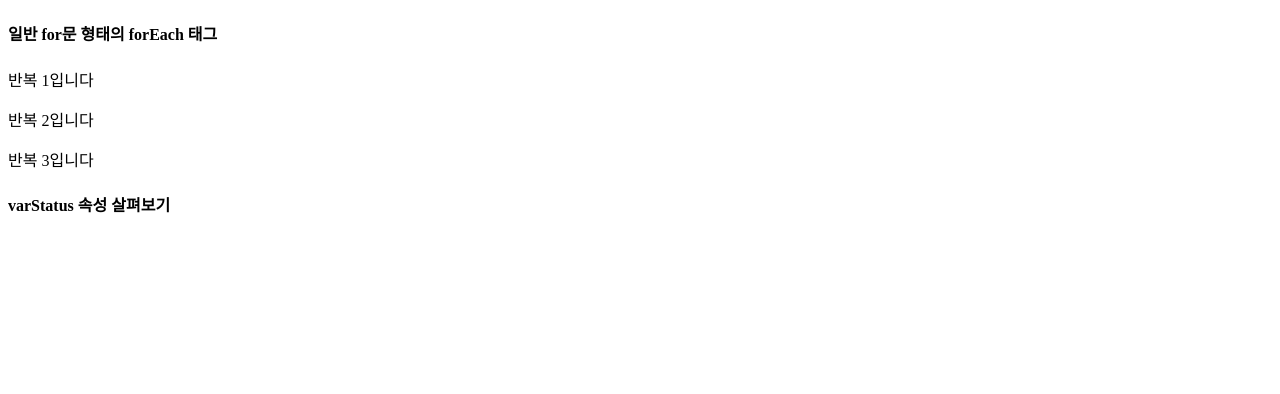
Repository: SteelIndustry/neo
Page: http://localhost/HelloWorld/11JSTL/core/ForEachNormal.jsp
An editor plug-in stored every save of this project. The page is shown before and after the next save, followed by the edit.
The browser window is 1280 px wide. The pictures show the whole page.
The page is served by Tomcat 9. Other server files are loaded and not shown.

Above is the page before, as saved 2022-09-09 10:33:58.

### WebJSP/HelloWorld/WebContent/11JSTL/core/ForEachNormal.jsp
<%@ page language="java" contentType="text/html; charset=UTF-8"
    pageEncoding="UTF-8"
    trimDirectiveWhitespaces="true"%>
<%@ taglib prefix="c" uri="http://java.sun.com/jsp/jstl/core" %>
<!DOCTYPE html>
<html>
<head>
<meta charset="UTF-8">
<title>JSTL - forEach 1</title>
</head>
<body>
	<h4>일반 for문 형태의 forEach 태그</h4>
	<c:forEach begin="1" end="3" step="1" var="i">
		<p>반복 ${i }입니다</p>
	</c:forEach>

	<h4>varStatus 속성 살펴보기</h4>

</body>
</html>

After the next save:
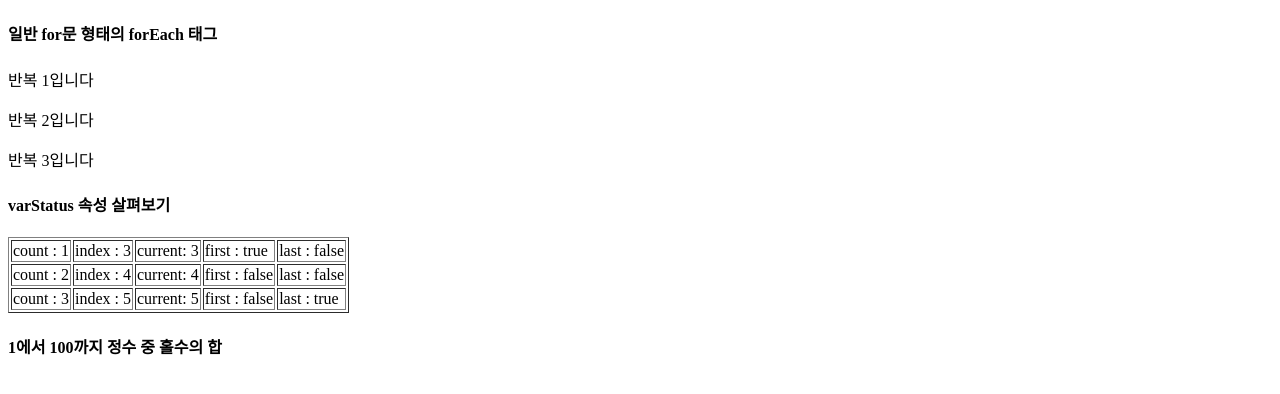
Saved 2 min 6 s later.
--- a/WebJSP/HelloWorld/WebContent/11JSTL/core/ForEachNormal.jsp
+++ b/WebJSP/HelloWorld/WebContent/11JSTL/core/ForEachNormal.jsp
@@ -15,6 +15,24 @@
 	</c:forEach>
 
 	<h4>varStatus 속성 살펴보기</h4>
+	<table border="1">
+	<c:forEach begin="3" end="5" var="i" varStatus="loop">
+		<tr>
+			<td>count : ${loop.count }</td>
+			<td>index : ${loop.index }</td>
+			<td>current: ${loop.current }</td>
+			<td>first : ${loop.first }</td>
+			<td>last : ${loop.last }</td>
+		</tr>
+	</c:forEach>
+	</table>
+
+	<h4>1에서 100까지 정수 중 홀수의 합</h4>
+	<c:forEach begin="1" end="100" var="j">
+		<c:if test="${ j mod 2 ne 0 }">
+			<c:set var="sum" value="${sum + j }"></c:set>
+		</c:if>
+	</c:forEach>
 
 </body>
 </html>
